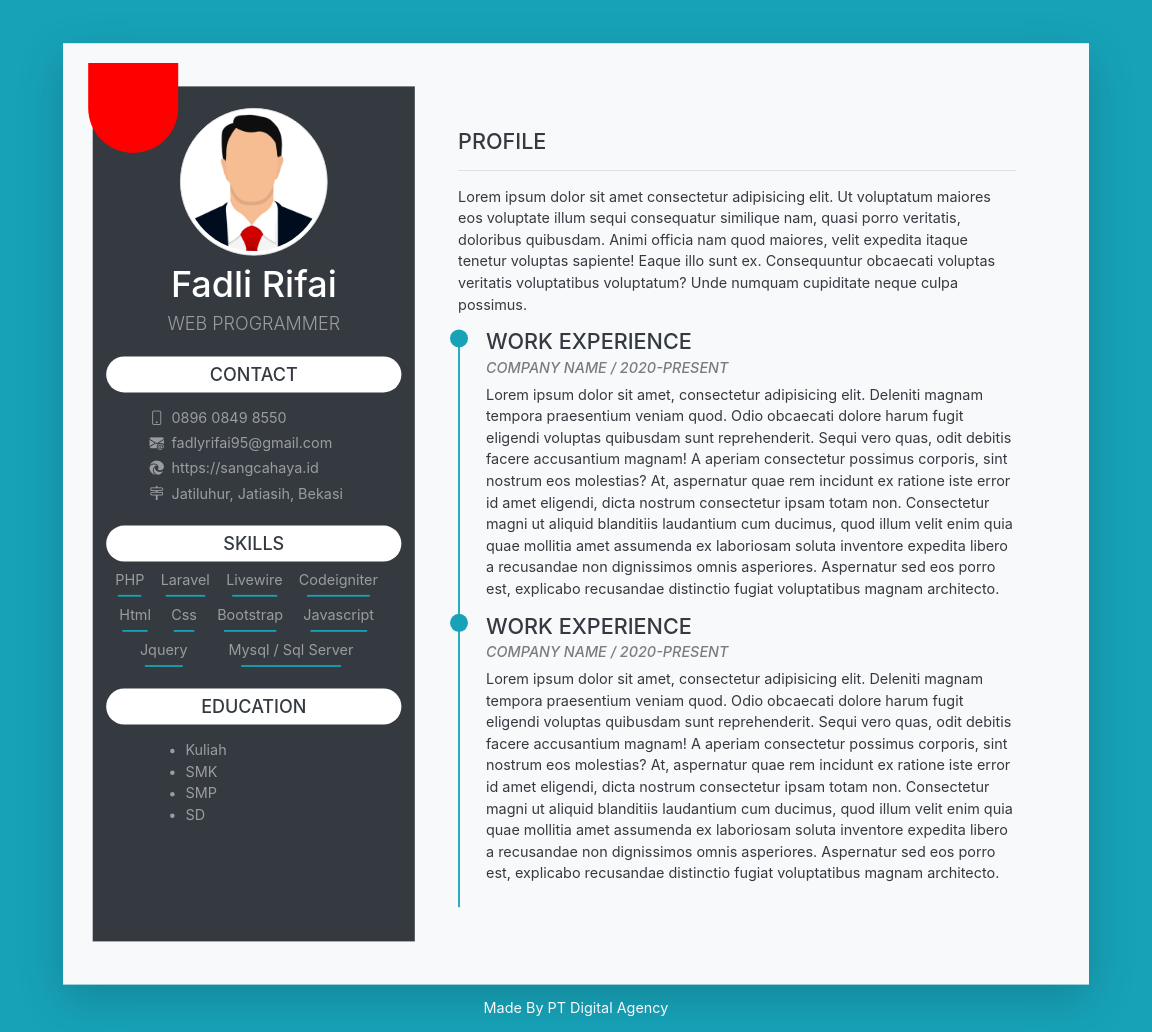
Repository: fadlyyy/fadlyyy.github.io
Page: index.html
An editor plug-in stored every save of this project. The page is shown before and after a run of saves, followed by the edit.
The browser window is 1280 px wide. The pictures show the whole page, at 90% of full size.

Above is the page before, as saved 2024-01-31 08:52:30.

### index.html
<!DOCTYPE html>
<html lang="en">

<head>
     <!-- Required meta tags -->
     <meta charset="utf-8" />
     <meta name="viewport" content="width=device-width, initial-scale=1, shrink-to-fit=no" />

     <!-- Bootstrap CSS -->
     <link rel="stylesheet" href="https://cdn.jsdelivr.net/npm/bootstrap@4.6.2/dist/css/bootstrap.min.css"
          integrity="sha384-xOolHFLEh07PJGoPkLv1IbcEPTNtaed2xpHsD9ESMhqIYd0nLMwNLD69Npy4HI+N" crossorigin="anonymous" />

     <!-- Icon -->
     <link rel="stylesheet" href="https://cdn.jsdelivr.net/npm/bootstrap-icons@1.11.3/font/bootstrap-icons.min.css" />

     <link rel="stylesheet" href="style.css" />

     <title>Hello, world!</title>
</head>

<body class="bg-info">
     <div class="container p-5 bg-light mt-5 mb-5 shadow shadow-lg">
          <div class="row">
               <div class="col-lg-4 bg-dark text-white text-center py-4">
                    <div class="header-left">
                         <div class="kotak-image"></div>
                         <img src="img/profile.png" alt="" class="img-thumbnail rounded-circle mb-2 w-50 h-50" />
                         <h1 class="display-5">Fadli Rifai</h1>
                         <h4 class="lead text-uppercase text-white-50 mb-4">Web Programmer</h4>
                    </div>

                    <!-- general info -->
                    <div class="general-info">
                         <h5 class="text-uppercase bg-white text-dark py-2 rounded-pill">contact</h5>

                         <ul class="list-unstyled text-white-50 py-2 text-left ml-5">
                              <li class="list-item mb-1">
                                   <p>
                                        <i class="bi bi-phone mr-1"></i> 0896 0849 8550
                                   </p>
                              </li>
                              <li class="list-item mb-1 text-wrap w-75">
                                   <p>
                                        <i class="bi bi-envelope-at-fill mr-1"></i> fadlyrifai95@gmail.com
                                   </p>
                              </li>
                              <li class="list-item mb-1">
                                   <p>
                                        <i class="bi bi-browser-edge mr-1"></i> https://sangcahaya.id
                                   </p>
                              </li>
                              <li class="list-item">
                                   <i class="bi bi-signpost-2 mr-1"></i>
                                   Jatiluhur, Jatiasih, Bekasi
                              </li>
                         </ul>
                    </div>

                    <!-- skills -->
                    <div>
                         <h5 class="text-uppercase bg-white text-dark py-2 rounded-pill">skills</h5>
                         <ul class="list list-unstyled text-white-50 px-2 text-left text-capitalize list-skills">
                              <li class="list-item">PHP</li>
                              <li class="list-item">laravel</li>
                              <li class="list-item">livewire</li>
                              <li class="list-item">codeigniter</li>
                              <li class="list-item">html</li>
                              <li class="list-item">css</li>
                              <li class="list-item">bootstrap</li>
                              <li class="list-item">javascript</li>
                              <li class="list-item">jquery</li>
                              <li class="list-item">mysql / sql server</li>
                         </ul>
                    </div>

                    <!-- educations -->
                    <div>
                         <h5 class="text-uppercase bg-white text-dark py-2 rounded-pill">education</h5>
                         <ul class="list text-white-50 ml-5 py-2 text-left text-capitalize">
                              <li class="list-item">Kuliah</li>
                              <li class="list-item">SMK</li>
                              <li class="list-item">SMP</li>
                              <li class="list-item">SD</li>
                         </ul>
                    </div>
               </div>

               <div class="col-lg-8 bg-light text-dark py-5 px-5 right-side">
                    <div class="header-right">
                         <h4 class="text-uppercase">Profile</h4>
                         <hr />
                         <p>
                              Lorem ipsum dolor sit amet consectetur adipisicing elit. Ut voluptatum maiores eos
                              voluptate illum sequi consequatur similique nam, quasi porro veritatis, doloribus
                              quibusdam. Animi officia nam quod maiores, velit expedita
                              itaque tenetur voluptas sapiente! Eaque illo sunt ex. Consequuntur obcaecati voluptas
                              veritatis voluptatibus voluptatum? Unde numquam cupiditate neque culpa possimus.
                         </p>
                    </div>

                    <div class="work-experience">
                         <div class="list-work pb-3 pl-3">
                              <h4 class="text-uppercase">work experience</h4>
                              <h6 class="text-uppercase text-black-50 font-italic mt-1 mb-2">company name / 2020-present</h6>
                              <p>Lorem ipsum dolor sit amet, consectetur adipisicing elit. Deleniti magnam tempora
                                   praesentium veniam quod. Odio obcaecati dolore harum fugit eligendi voluptas
                                   quibusdam sunt reprehenderit. Sequi vero quas, odit debitis facere accusantium
                                   magnam! A aperiam consectetur possimus corporis, sint nostrum eos molestias? At,
                                   aspernatur quae rem incidunt ex ratione iste error id amet eligendi, dicta nostrum
                                   consectetur ipsam totam non. Consectetur magni ut aliquid blanditiis laudantium cum
                                   ducimus, quod illum velit enim quia quae mollitia amet assumenda ex laboriosam soluta
                                   inventore expedita libero a recusandae non dignissimos omnis asperiores. Aspernatur
                                   sed eos porro est, explicabo recusandae distinctio fugiat voluptatibus magnam
                                   architecto.</p>
                         </div>
                         <div class="list-work pb-3 pl-3">
                              <h4 class="text-uppercase">work experience</h4>
                              <h6 class="text-uppercase text-black-50 font-italic mt-1 mb-2">company name / 2020-present</h6>
                              <p>Lorem ipsum dolor sit amet, consectetur adipisicing elit. Deleniti magnam tempora
                                   praesentium veniam quod. Odio obcaecati dolore harum fugit eligendi voluptas
                                   quibusdam sunt reprehenderit. Sequi vero quas, odit debitis facere accusantium
                                   magnam! A aperiam consectetur possimus corporis, sint nostrum eos molestias? At,
                                   aspernatur quae rem incidunt ex ratione iste error id amet eligendi, dicta nostrum
                                   consectetur ipsam totam non. Consectetur magni ut aliquid blanditiis laudantium cum
                                   ducimus, quod illum velit enim quia quae mollitia amet assumenda ex laboriosam soluta
                                   inventore expedita libero a recusandae non dignissimos omnis asperiores. Aspernatur
                                   sed eos porro est, explicabo recusandae distinctio fugiat voluptatibus magnam
                                   architecto.</p>
                         </div>
                    </div>
               </div>
          </div>
     </div>
     <!-- Optional JavaScript; choose one of the two! -->

     <!-- footer -->
     <div class="footer">
          <p class="text-light text-center text-capitalize" style="margin-top: -35px;">made by PT Digital Agency</p>
     </div>

     <!-- Option 1: jQuery and Bootstrap Bundle (includes Popper) -->
     <script src="https://cdn.jsdelivr.net/npm/jquery@3.5.1/dist/jquery.slim.min.js"
          integrity="sha384-DfXdz2htPH0lsSSs5nCTpuj/zy4C+OGpamoFVy38MVBnE+IbbVYUew+OrCXaRkfj"
          crossorigin="anonymous"></script>
     <script src="https://cdn.jsdelivr.net/npm/bootstrap@4.6.2/dist/js/bootstrap.bundle.min.js"
          integrity="sha384-Fy6S3B9q64WdZWQUiU+q4/2Lc9npb8tCaSX9FK7E8HnRr0Jz8D6OP9dO5Vg3Q9ct"
          crossorigin="anonymous"></script>

     <!-- Option 2: Separate Popper and Bootstrap JS -->
     <!--
    <script src="https://cdn.jsdelivr.net/npm/jquery@3.5.1/dist/jquery.slim.min.js" integrity="sha384-DfXdz2htPH0lsSSs5nCTpuj/zy4C+OGpamoFVy38MVBnE+IbbVYUew+OrCXaRkfj" crossorigin="anonymous"></script>
    <script src="https://cdn.jsdelivr.net/npm/popper.js@1.16.1/dist/umd/popper.min.js" integrity="sha384-9/reFTGAW83EW2RDu2S0VKaIzap3H66lZH81PoYlFhbGU+6BZp6G7niu735Sk7lN" crossorigin="anonymous"></script>
    <script src="https://cdn.jsdelivr.net/npm/bootstrap@4.6.2/dist/js/bootstrap.min.js" integrity="sha384-+sLIOodYLS7CIrQpBjl+C7nPvqq+FbNUBDunl/OZv93DB7Ln/533i8e/mZXLi/P+" crossorigin="anonymous"></script>
    -->
</body>

</html>

### style.css
.general-info ul li p {
    margin: 0;
}

.header-left {
    position: relative;
    /* overflow: hidden; */
}

.header-left .kotak-image {
    width: 100px;
    height: 100px;
    /* border-radius: 50%; */
    background-color: red;
    position: absolute;
    top: -50px;
    left: -20px;
    right: 250px;
    border-bottom-left-radius: 100%;
    border-bottom-right-radius: 100%;
}

.list-skills {
    display: flex;
    flex-wrap: wrap;
    justify-content: space-evenly;
    align-content: space-around;
}

.list-skills .list-item {
    margin-right: 1rem;
    padding-bottom: .5rem;
}

.list-skills .list-item::after {
    content: '';
    display: block;
    background-color: #17a2b8;
    width: 80%;
    height: 2px;
    margin: auto;
    margin-top: 5px;
}

.work-experience .list-work {
    position: relative;
    z-index: 1;
}

.work-experience .list-work h4,
.work-experience .list-work h6,
.work-experience .list-work p {
    margin: 0;
    padding: 0;
}

.work-experience .list-work h4,
.work-experience .list-work h6,
.work-experience .list-work p {
    margin-left: 15px;
}

.work-experience .list-work::before {
    content: '';
    display: block;
    position: absolute;
    width: 2px;
    top: 5px;
    bottom: -10px;
    left: 0;
    background-color: #17a2b8;
    z-index: 3;
}

.work-experience .list-work::after {
    content: '';
    display: block;
    position: absolute;
    width: 20px;
    height: 20px;
    top: 0;
    left: 0;
    background-color: #17a2b8;
    z-index: 4;
    border-radius: 50%;
    transform: translateX(-45%);
}

/* Media Query */
/* Extra Large */
@media (max-width: 1200px) {}

/* Laptop */
@media (max-width: 992px) {}

/* Tablet */
@media (max-width: 768px) {}

/* Mobile */
@media (max-width: 576px) {
    .right-side {
        padding-left: 0 !important;
        padding-right: 0 !important;
    }
}

After the next 4 saves:
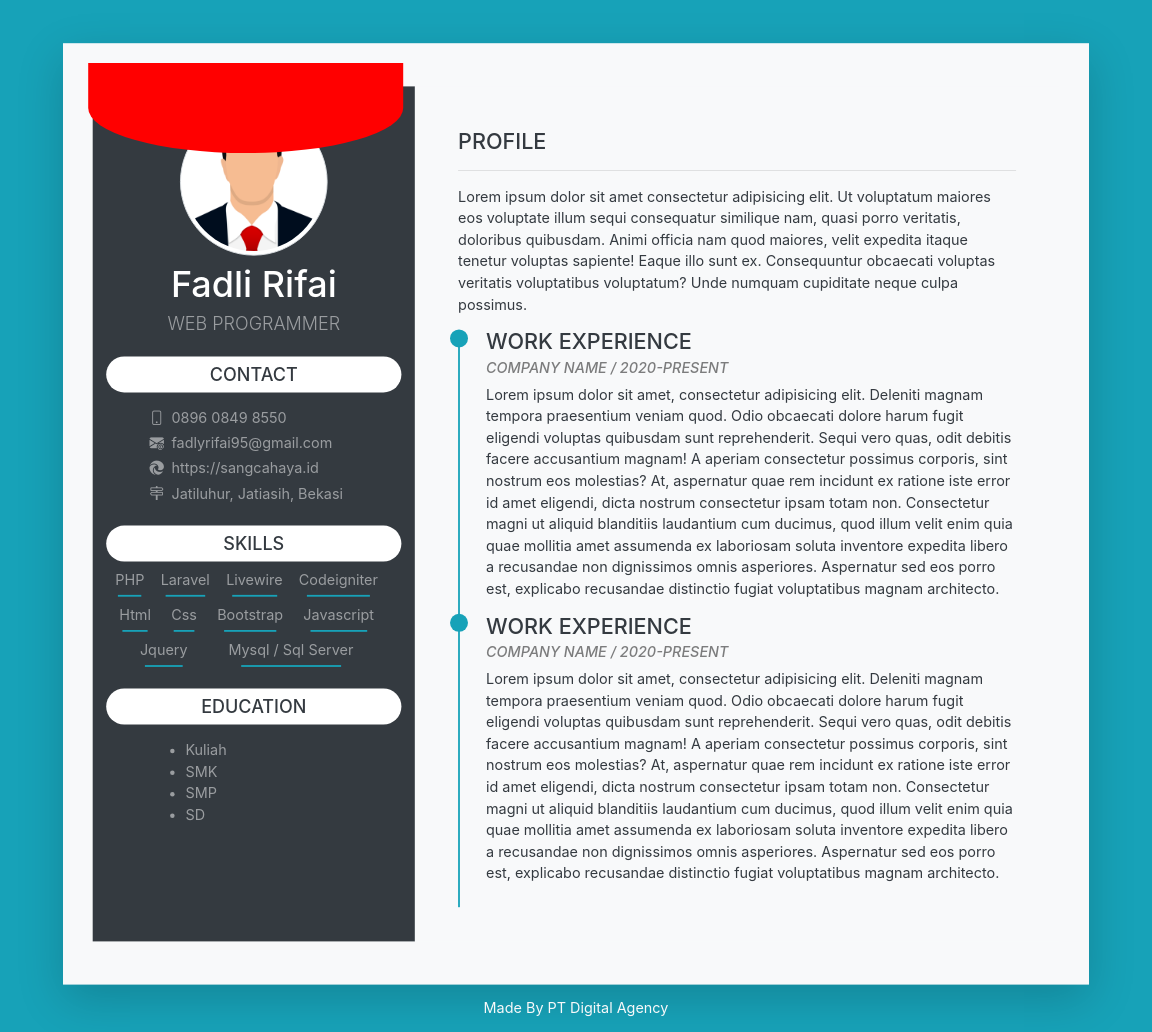
The 4 saves are shown as one change because they came seconds apart.
The last was saved 13 s later.
--- a/style.css
+++ b/style.css
@@ -8,7 +8,7 @@
 }
 
 .header-left .kotak-image {
-    width: 100px;
+    width: 350px;
     height: 100px;
     /* border-radius: 50%; */
     background-color: red;
